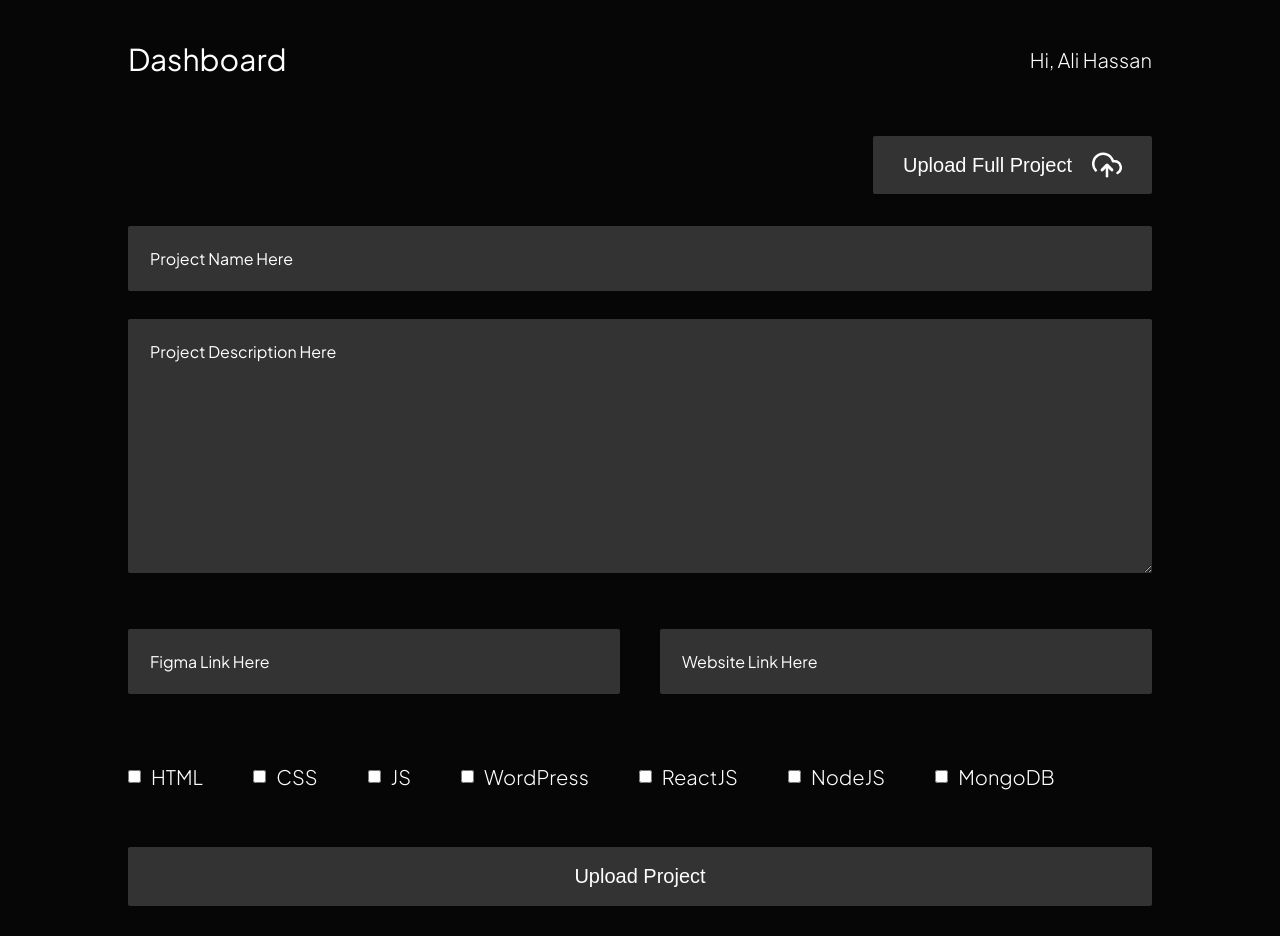
Repository: AliHassan02-Dev/PORTFOLIO
Page: /AdminDashborad (app in Front-end/)
These files come from the project's save history. The page is drawn as it stood at one moment and after the next save; the edit follows.
The browser window is 1280 px wide. The pictures show the whole page.
The project was rebuilt for these pictures with package versions that can differ from the ones it lists, and the page was loaded fresh each time. Also part of the build but not shown: Front-end/vite.config.js, Front-end/src/Pages/Home.jsx, Front-end/src/Pages/About.jsx, Front-end/src/Components/Footer.jsx, Front-end/src/Components/Navbar.jsx, Front-end/src/data.js, Front-end/src/Components/ProjectsBox.jsx, Front-end/src/App.jsx and 5 more.

Above is the page before, as saved 2024-08-31 22:36:20.

### Front-end/src/main.jsx
import React from 'react'
import ReactDOM from 'react-dom/client'
import App from './App.jsx'
import './App.css'
import { BrowserRouter, Route, Routes } from 'react-router-dom'
import AllProjects from './Pages/AllProjects.jsx'
import ProjectPreview from './Components/ProjectPreview.jsx'
import Login from './Pages/Login.jsx'
import { Register } from './Pages/Register.jsx'
import AdminDashboard from './Pages/AdminDashboard.jsx'

ReactDOM.createRoot(document.getElementById('root')).render(
  <>
    <BrowserRouter>
      <Routes>
        <Route path='/' element={<App />} />
        <Route path='/Login' element={<Login />} />
        <Route path='/Register' element={<Register />} />
        <Route path='/AdminDashborad' element={<AdminDashboard />} />
        <Route path='/Projects' element={<AllProjects />} />
        <Route path='/projects/projectPreview' element={<ProjectPreview />} />
      </Routes>
    </BrowserRouter>
  </>
)

### Front-end/src/Pages/AdminDashboard.jsx
import React, { useRef, useState } from "react";
import { FiUploadCloud } from "react-icons/fi";

const AdminDashboard = () => {
  const [projectData, setProjectData] = useState({
    projectName: "",
    projectDesc: "",
    figmaLink: "",
    websiteLink: "",
  });

  // FOR IMAGE UPLOADING
  const [projectImage, setProjectImage] = useState("");
  const fileInputRef = useRef(null);

  const handleButtonClick = () => {
    fileInputRef.current.click();
  };
  const handleFileChange = (e) => {
    var reader = new FileReader();
    reader.readAsDataURL(e.target.files[0]);
    reader.onload = () => {
      setProjectImage(reader.result);
    };
    reader.onerror = () => {
      console.log("Error", error);
    };

    console.log(projectImage);
  };
  // FOR IMAGE UPLOADING/////////////////////////

  const handleEvent = (e) => {
    const name = e.target.name;
    const value = e.target.value;

    setProjectData({
      ...projectData,
      [name]: value,
    });
  };

  const handleSubmit = (e) => {
    e.preventDefault();

    console.log(projectData);
  };

  return (
    <div className="dashboardWrapper">
      <div className="dashboardContainer">
        <div className="topBar">
          <div className="left">
            <h2>Dashboard</h2>
          </div>
          <div className="right">
            <h2>Hi, Ali Hassan</h2>
          </div>
        </div>
        <div className="midContainer">
          <div className="imageBox">
            <div className="image">
              <FiUploadCloud className="uploadIcon" />
              <input
                type="file"
                accept="image/*"
                ref={fileInputRef}
                style={{ display: "none" }}
                onChange={handleFileChange}
              />
              <button onClick={handleButtonClick}>Upload Full Project</button>
            </div>
          </div>

          <input
            type="text"
            name="projectName"
            placeholder="Project Name Here"
            value={projectData.projectName}
            onChange={handleEvent}
          />
          <textarea
            name="projectDesc"
            cols="30"
            rows="10"
            placeholder="Project Description Here"
            value={projectData.projectDesc}
            onChange={handleEvent}
          ></textarea>

          <div className="linksBox">
            <input
              type="text"
              id="figmaLinkk"
              name="figmaLink"
              placeholder="Figma Link Here"
              value={projectData.figmaLink}
              onChange={handleEvent}
            />
            <input
              type="text"
              id="websiteLinkk"
              name="websiteLink"
              placeholder="Website Link Here"
              value={projectData.websiteLink}
              onChange={handleEvent}
            />
          </div>

          <div className="skillBox">
            <div className="skillBar">
              <input
                type="checkbox"
                name="Html"
                // value={projectData.Html}
                value="Html"
                onChange={handleEvent}
              />
              <p>HTML</p>
            </div>
            <div className="skillBar">
              <input
                type="checkbox"
                name="Css"
                // value={projectData.Css}
                value="Css"
                onChange={handleEvent}
              />

              <p>CSS</p>
            </div>
            <div className="skillBar">
              <input
                type="checkbox"
                name="Js"
                // value={projectData.Js}
                value="Js"
                onChange={handleEvent}
              />

              <p>JS</p>
            </div>
            <div className="skillBar">
              <input
                type="checkbox"
                name="Wordpress"
                // value={projectData.Wordpress}
                value="Wordpress"
                onChange={handleEvent}
              />
              <p>WordPress</p>
            </div>
            <div className="skillBar">
              <input
                type="checkbox"
                name="React"
                // value={projectData.React}
                value="ReactJs"
                onChange={handleEvent}
              />
              <p>ReactJS</p>
            </div>
            <div className="skillBar">
              <input
                type="checkbox"
                name="Node"
                // value={projectData.Node}
                value="NodeJs"
                onChange={handleEvent}
              />
              <p>NodeJS</p>
            </div>
            <div className="skillBar">
              <input
                type="checkbox"
                name="MongoDb"
                // value={projectData.MongoDb}
                value="MongoDB"
                onChange={handleEvent}
              />
              <p>MongoDB</p>
            </div>
          </div>

          <button onClick={handleSubmit}>Upload Project</button>
        </div>
      </div>
    </div>
  );
};

export default AdminDashboard;

### Front-end/src/Pages/Skills.jsx
import React from "react";
import { TiHtml5 } from "react-icons/ti";
import { IoLogoCss3 } from "react-icons/io5";
import { SiJavascript } from "react-icons/si";
import { FaFigma } from "react-icons/fa6";
import { IoLogoWordpress } from "react-icons/io5";
import { FaNode } from "react-icons/fa6";
import { IoLogoReact } from "react-icons/io5";
import { SiMongodb } from "react-icons/si";

const skillsData = [
  {
    id: "1",
    skill: "HTML",
    aniClassName: "leftSide",
    logo: <TiHtml5 className="skillLogo" />,
  },
  {
    id: "2",
    skill: "CSS",
    aniClassName: "rightSide",
    logo: <IoLogoCss3 className="skillLogo" />,
  },
  {
    id: "3",
    skill: "JavaScript",
    aniClassName: "leftSide",
    logo: <SiJavascript className="skillLogo" />,
  },
  {
    id: "4",
    skill: "Figma",
    aniClassName: "rightSide",
    logo: <FaFigma className="skillLogo" />,
  },
  {
    id: "5",
    skill: "WordPess",
    aniClassName: "leftSide",
    logo: <IoLogoWordpress className="skillLogo" />,
  },
  {
    id: "6",
    skill: "ReactJs | ViteJs",
    aniClassName: "rightSide",
    logo: <FaNode className="skillLogo" />,
  },
  {
    id: "7",
    skill: "NodeJs",
    aniClassName: "leftSide",
    logo: <IoLogoReact className="skillLogo" />,
  },
  {
    id: "8",
    skill: "MongoDB",
    aniClassName: "rightSide",
    logo: <SiMongodb className="skillLogo" />,
  },
];

const Skills = () => {
  return (
    <div className="skillsContainer containers">
      <div className="top">
        <div className="left">
          <h2>MY SKILLS</h2>
        </div>
        <div className="right">
          <p>
            Building dynamic, user-focused web solutions with precision,
            creativity, and technical excellence.
          </p>
        </div>
      </div>
      <div className="bottom">
        {skillsData.map((elem, idx) => {
          return (
            <div className={`skillBar ${elem.aniClassName}`}>
              <div className="line"></div>
              <div className="left">
                <p>{elem.id}</p>
                <h2>{elem.skill}</h2>
              </div>
              <div className="right">{elem.logo}</div>
            </div>
          );
        })}
      </div>
    </div>
  );
};

export default Skills;

Loaded but not shown: Front-end/index.html (common file); Front-end/src/App.css (1580 lines, source omitted)

After the next save:
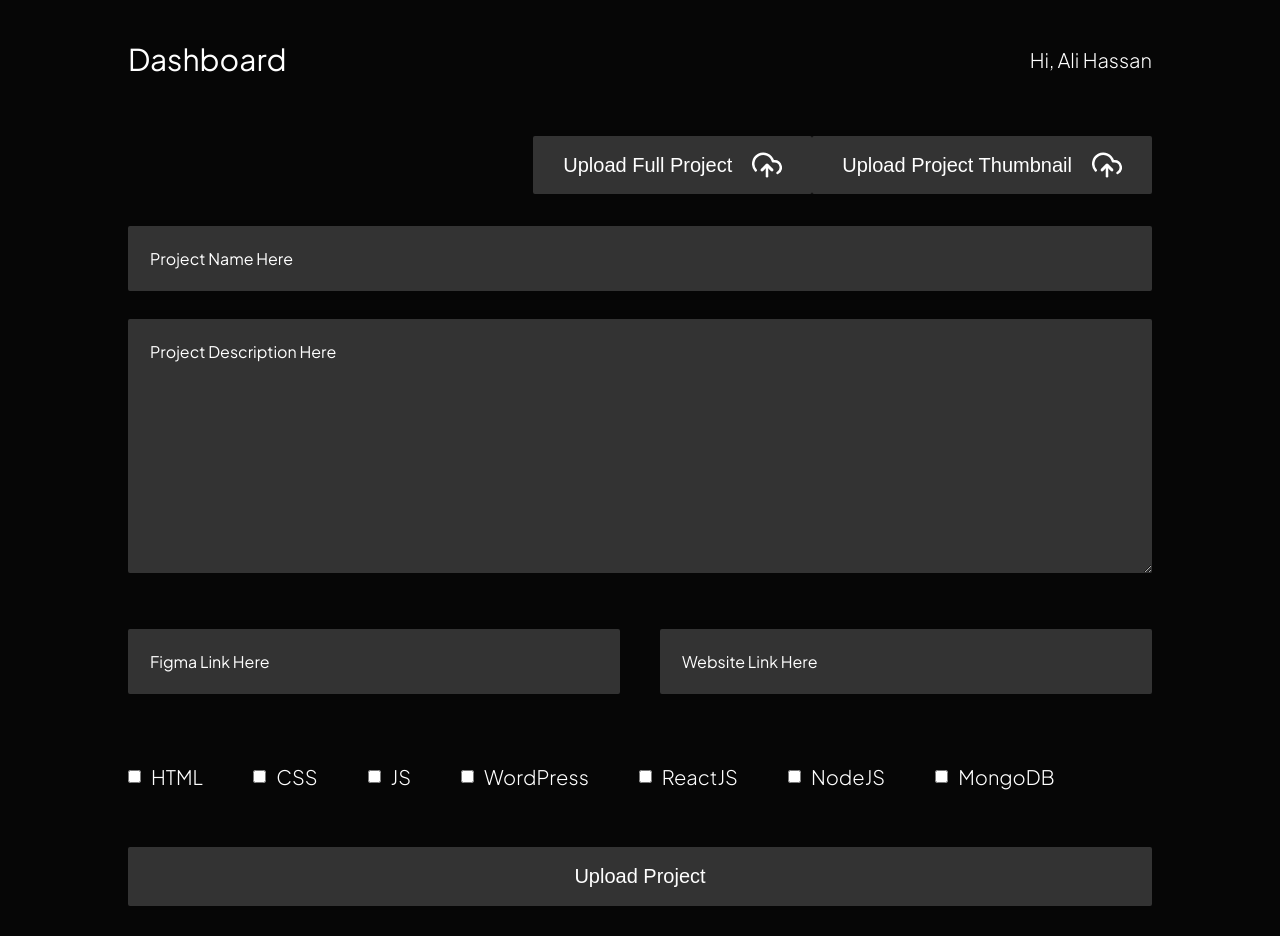
Saved 19 s later.
--- a/Front-end/src/Pages/AdminDashboard.jsx
+++ b/Front-end/src/Pages/AdminDashboard.jsx
@@ -69,6 +69,19 @@ const AdminDashboard = () => {
                 onChange={handleFileChange}
               />
               <button onClick={handleButtonClick}>Upload Full Project</button>
+            </div>
+            <div className="image">
+              <FiUploadCloud className="uploadIcon" />
+              <input
+                type="file"
+                accept="image/*"
+                ref={fileInputRef}
+                style={{ display: "none" }}
+                onChange={handleFileChange}
+              />
+              <button onClick={handleButtonClick}>
+                Upload Project Thumbnail
+              </button>
             </div>
           </div>
 
